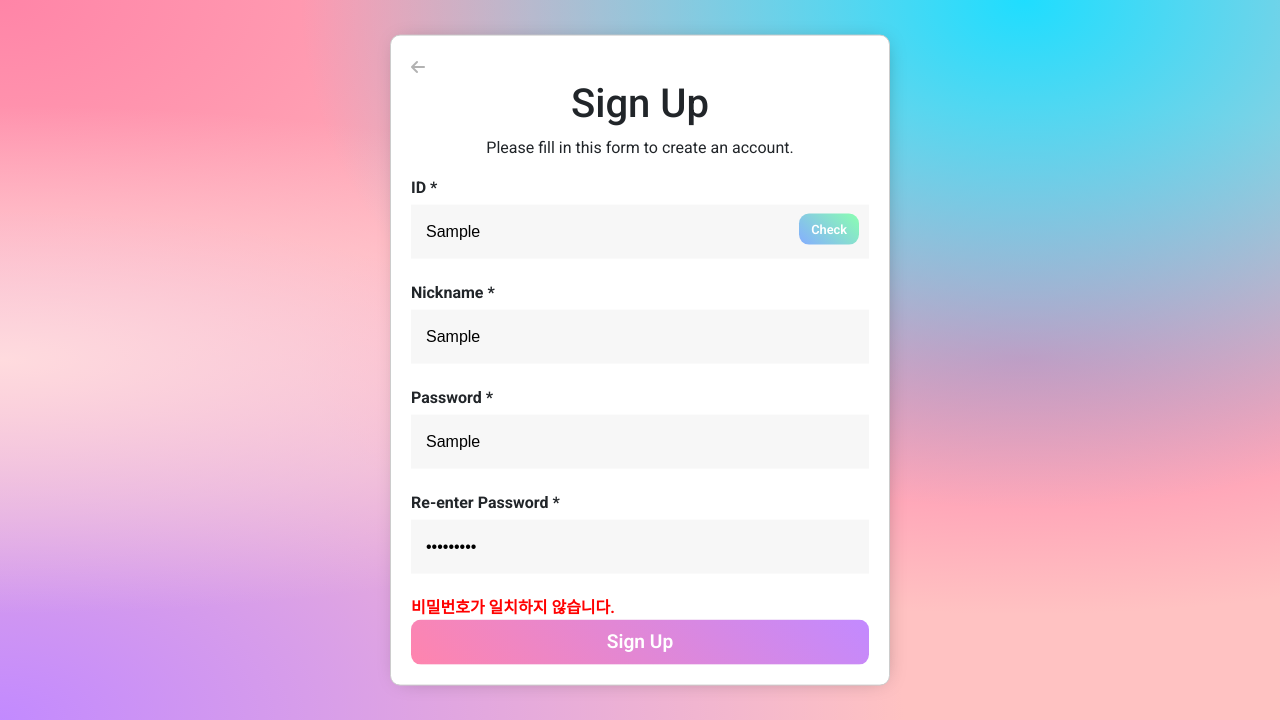
Repository: Jae-yi/JSPMybatis
Page: http://localhost/JspMybatisSub/WEB-INF/views/page/register.jsp
The author's editor kept a copy of each file at every save. The page is drawn from the files as they stood at one save, then again after the next save.
The browser window is 1280 px wide. The pictures show the whole page.
Empty fields were first filled with sample values (such as "Sample", 5 or name@example.com).
After loading, the first visible `#rePwd` was changed once.
Some web fonts or font styles are not loaded; a fallback is used. Some web libraries are served in a nearby version. The page is served by Tomcat 9. Nobody is signed in. The template is opened directly, without the code that normally fills it, so the values that code supplies are empty.

Above is the page before, as saved 2023-02-01 12:03:18.

After the next save:
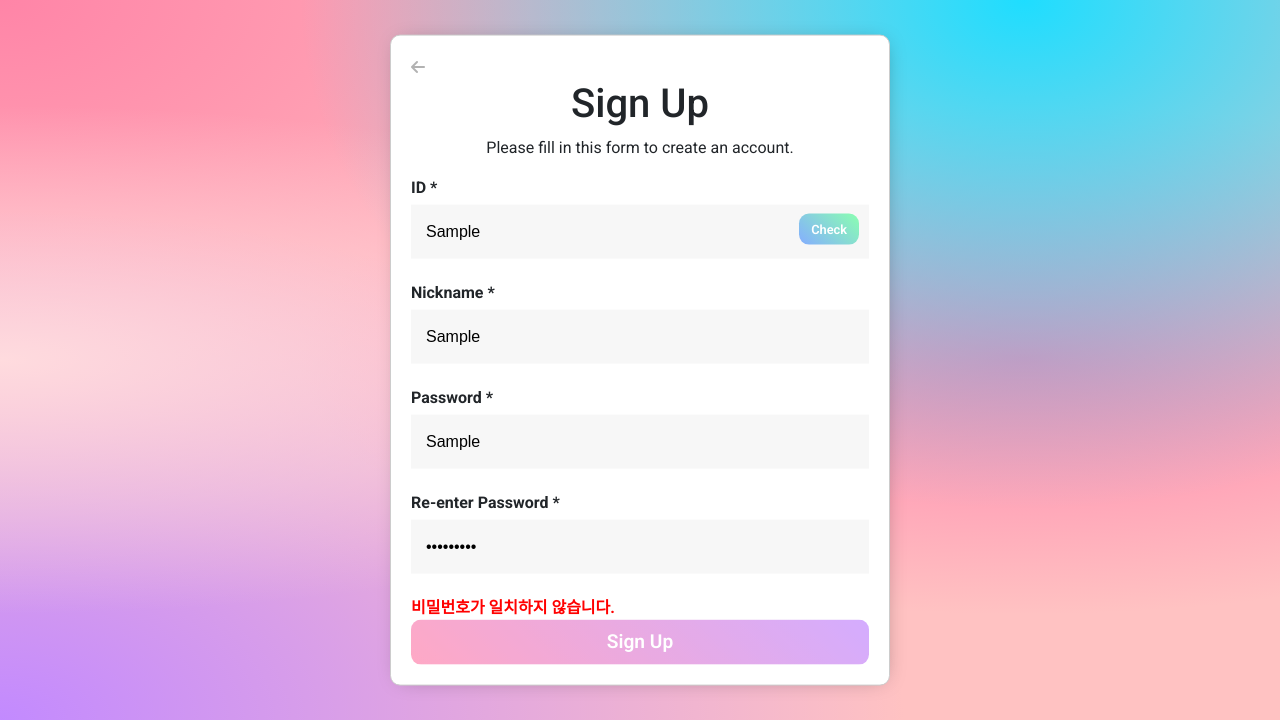
Saved 19 s later.
--- a/JspMybatisSub/src/main/webapp/WEB-INF/views/page/register.jsp
+++ b/JspMybatisSub/src/main/webapp/WEB-INF/views/page/register.jsp
@@ -40,12 +40,12 @@
 					$("#pwdSuccess").show();
 					$("#pwdFail").hide();
 					$("#rePwd").removeClass("is-invalid")
-					$("#joinOk").removeAttr("disabled");
+					$("#submitBtn").removeAttr("disabled");
 				} else {
 					$("#pwdSuccess").hide();
 					$("#pwdFail").show();
 					$("#rePwd").addClass("is-invalid")
-					$("#joinOk").attr("disabled", "disabled");
+					$("#submitBtn").attr("disabled", "disabled");
 				}
 			}
 		});
